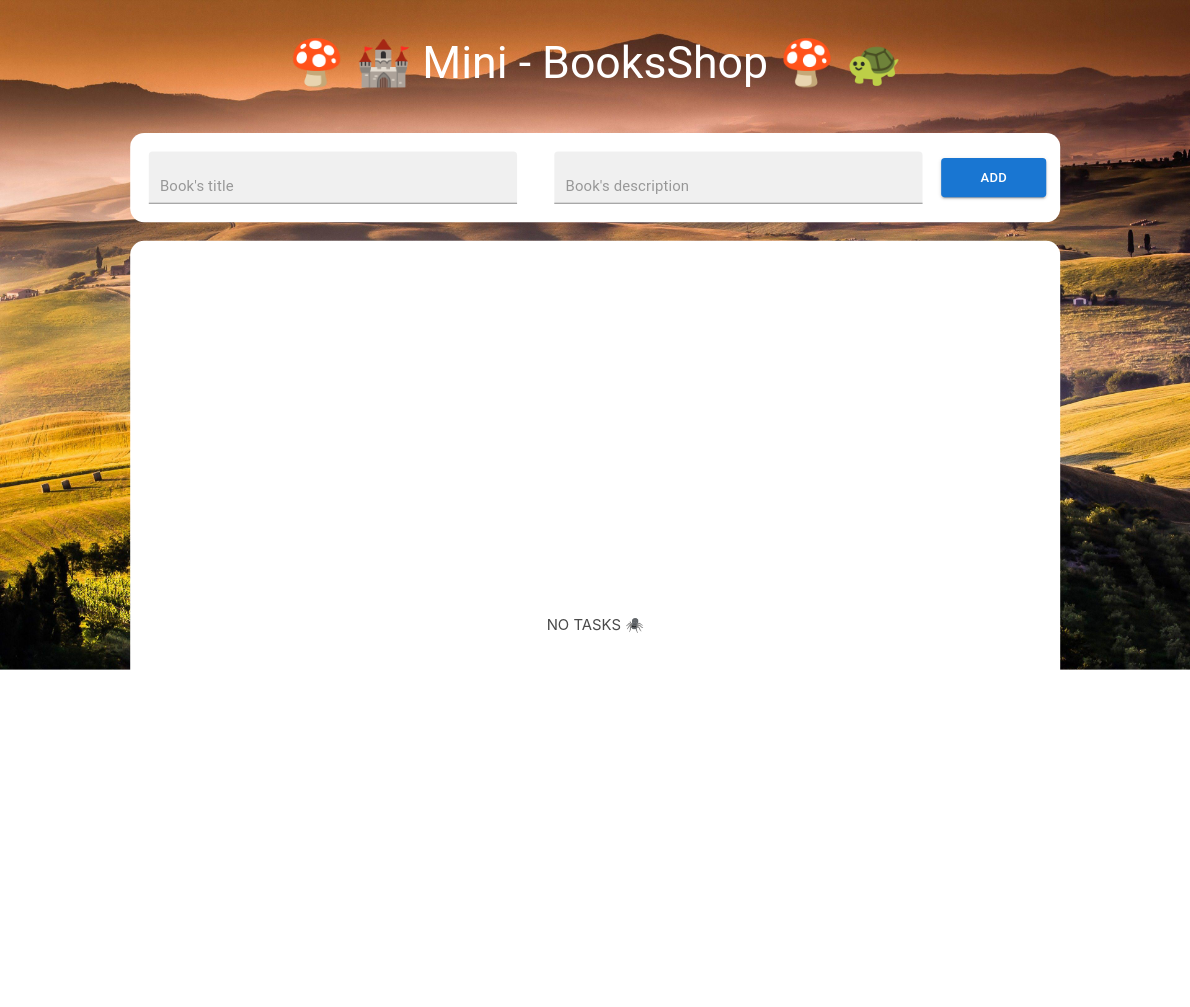
Repository: Tracy-maker/mini-bookshop
Page: /
These files come from the project's save history. The page is drawn as it stood at one moment and after a run of saves; the edit follows.
The browser window is 1280 px wide. The pictures show the whole page, at 93% of full size.
The project was rebuilt for these pictures with package versions that can differ from the ones it lists, and the page was loaded fresh each time. Also part of the build but not shown: src/components/BookEdit.js, src/components/TaskShow.js.

Above is the page before, as saved 2023-09-21 16:21:16.

After the next 2 saves:
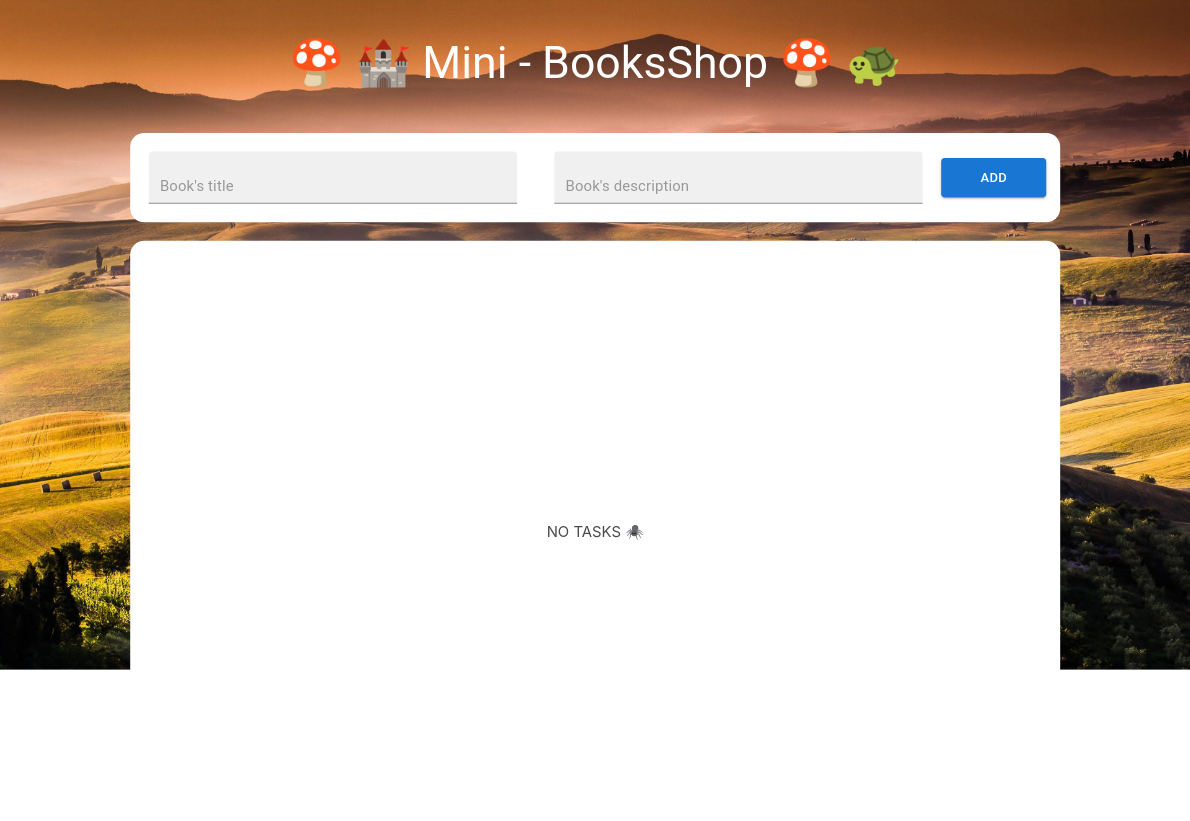
The 2 saves are shown as one change because they came seconds apart.
The last was saved 7 s later.
--- a/src/components/TaskList.js
+++ b/src/components/TaskList.js
@@ -5,7 +5,7 @@ import styled from "styled-components";
 
 const Reminder = styled(Box)`
   text-align: center;
-  padding: ${(props) => (props.noTasks ? "40%" : "0")};
+  padding: ${(props) => (props.noTasks ? "30%" : "0")};
 `;
 
 function TaskList(props) {
